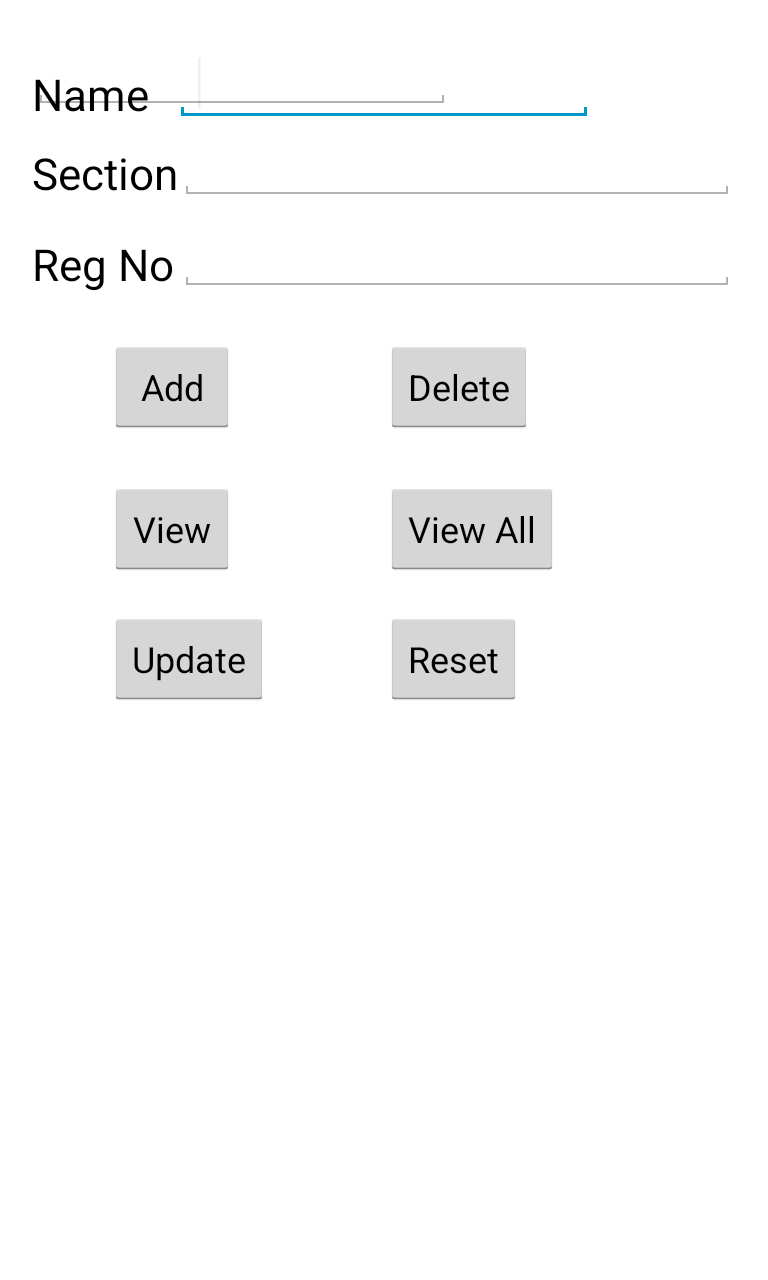
Repository: vinothknr1/aamec-mad-lab
Layout: Ex-4-Database-App/res/layout/activity_main.xml
An editor plug-in stored every save of this project. The layout is shown before and after the next save, followed by the edit.
It is drawn on a 768 x 1280 px phone screen (xhdpi) without system bars, with theme AppTheme; the app's code is not run.

Above is the layout before, as saved 2022-04-19 09:33:08.

### Ex-4-Database-App/res/layout/activity_main.xml
<RelativeLayout xmlns:android="http://schemas.android.com/apk/res/android"
    xmlns:tools="http://schemas.android.com/tools"
    android:layout_width="match_parent"
    android:layout_height="match_parent"
    android:paddingBottom="@dimen/activity_vertical_margin"
    android:paddingLeft="@dimen/activity_horizontal_margin"
    android:paddingRight="@dimen/activity_horizontal_margin"
    android:paddingTop="@dimen/activity_vertical_margin"
    tools:context=".MainActivity" >
    <EditText android:ems="10" android:id="@+id/editText1" android:layout_width="wrap_content" android:layout_height="wrap_content"/>

    <Button
        android:id="@+id/button3"
        android:layout_width="wrap_content"
        android:layout_height="wrap_content"
        android:layout_alignRight="@+id/button1"
        android:layout_below="@+id/button1"
        android:layout_marginTop="23dp"
        android:text="View" />

    <Button
        android:id="@+id/button4"
        android:layout_width="wrap_content"
        android:layout_height="wrap_content"
        android:layout_alignBaseline="@+id/button3"
        android:layout_alignBottom="@+id/button3"
        android:layout_alignLeft="@+id/button2"
        android:text="View All" />

    <Button
        android:id="@+id/button6"
        android:layout_width="wrap_content"
        android:layout_height="wrap_content"
        android:layout_alignBaseline="@+id/button5"
        android:layout_alignBottom="@+id/button5"
        android:layout_alignLeft="@+id/button4"
        android:text="Reset" />

    <EditText
        android:id="@+id/editText1"
        android:layout_width="wrap_content"
        android:layout_height="wrap_content"
        android:layout_alignBottom="@+id/textView1"
        android:layout_toRightOf="@+id/textView3"
        android:ems="10" >

        <requestFocus />
    </EditText>

    <TextView
        android:id="@+id/textView1"
        android:layout_width="wrap_content"
        android:layout_height="wrap_content"
        android:layout_alignLeft="@+id/textView2"
        android:layout_alignParentTop="true"
        android:layout_marginTop="16dp"
        android:text="Name"
        android:textAppearance="?android:attr/textAppearanceLarge" />

    <TextView
        android:id="@+id/textView2"
        android:layout_width="wrap_content"
        android:layout_height="wrap_content"
        android:layout_alignBottom="@+id/editText2"
        android:layout_alignParentLeft="true"
        android:text="Section"
        android:textAppearance="?android:attr/textAppearanceLarge" />

    <EditText
        android:id="@+id/editText2"
        android:layout_width="wrap_content"
        android:layout_height="wrap_content"
        android:layout_alignParentRight="true"
        android:layout_below="@+id/editText1"
        android:layout_toRightOf="@+id/textView2"
        android:ems="10" />

    <EditText
        android:id="@+id/editText3"
        android:layout_width="wrap_content"
        android:layout_height="wrap_content"
        android:layout_alignBottom="@+id/textView3"
        android:layout_alignLeft="@+id/editText2"
        android:layout_alignParentRight="true"
        android:ems="10" />

    <TextView
        android:id="@+id/textView3"
        android:layout_width="wrap_content"
        android:layout_height="wrap_content"
        android:layout_below="@+id/textView2"
        android:layout_marginTop="16dp"
        android:text="Reg No"
        android:textAppearance="?android:attr/textAppearanceLarge" />

    <Button
        android:id="@+id/button2"
        android:layout_width="wrap_content"
        android:layout_height="wrap_content"
        android:layout_alignBaseline="@+id/button1"
        android:layout_alignBottom="@+id/button1"
        android:layout_alignRight="@+id/editText1"
        android:layout_marginRight="30dp"
        android:text="Delete" />

    <Button
        android:id="@+id/button5"
        android:layout_width="wrap_content"
        android:layout_height="wrap_content"
        android:layout_alignLeft="@+id/button3"
        android:layout_below="@+id/button3"
        android:layout_marginTop="17dp"
        android:text="Update" />

    <Button
        android:id="@+id/button1"
        android:layout_width="wrap_content"
        android:layout_height="wrap_content"
        android:layout_alignLeft="@+id/textView3"
        android:layout_below="@+id/editText3"
        android:layout_marginLeft="38dp"
        android:layout_marginTop="23dp"
        android:text="Add" />

</RelativeLayout>

Loaded but not shown: Ex-4-Database-App/res/values/styles.xml (common file); Ex-4-Database-App/res/values-v11/styles.xml (common file); Ex-4-Database-App/res/values-v14/styles.xml (common file); Ex-4-Database-App/res/values/dimens.xml (common file)

After the next save:
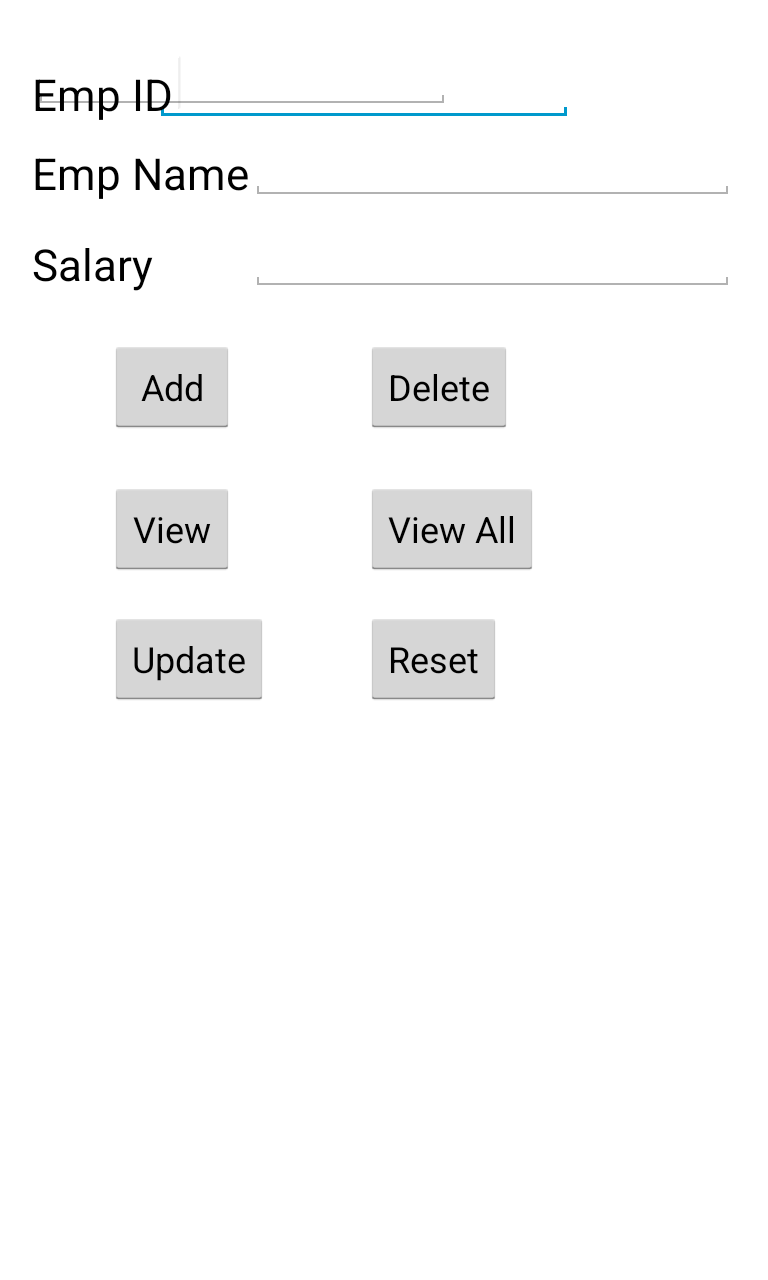
Saved 2 min 31 s later.
--- a/Ex-4-Database-App/res/layout/activity_main.xml
+++ b/Ex-4-Database-App/res/layout/activity_main.xml
@@ -54,7 +54,7 @@
         android:layout_alignLeft="@+id/textView2"
         android:layout_alignParentTop="true"
         android:layout_marginTop="16dp"
-        android:text="Name"
+        android:text="Emp ID"
         android:textAppearance="?android:attr/textAppearanceLarge" />
 
     <TextView
@@ -63,7 +63,7 @@
         android:layout_height="wrap_content"
         android:layout_alignBottom="@+id/editText2"
         android:layout_alignParentLeft="true"
-        android:text="Section"
+        android:text="Emp Name"
         android:textAppearance="?android:attr/textAppearanceLarge" />
 
     <EditText
@@ -90,7 +90,7 @@
         android:layout_height="wrap_content"
         android:layout_below="@+id/textView2"
         android:layout_marginTop="16dp"
-        android:text="Reg No"
+        android:text="Salary"
         android:textAppearance="?android:attr/textAppearanceLarge" />
 
     <Button
